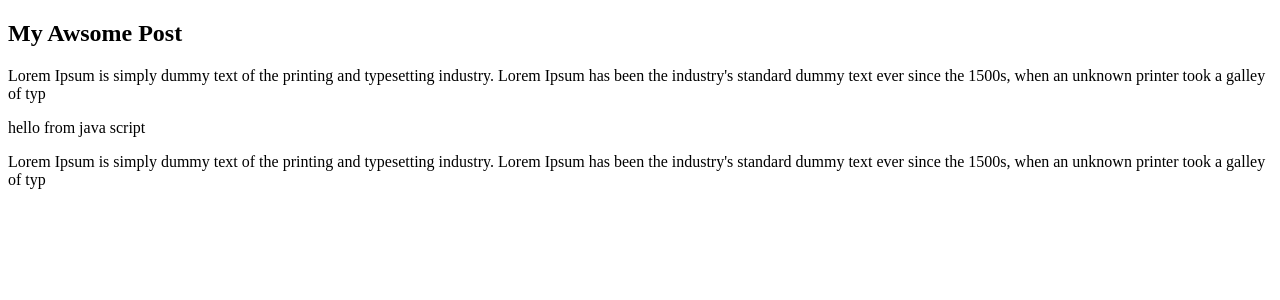
Repository: nema38/30DaysTrainning
Page: 30Days07/index.html
An editor plug-in stored every save of this project. The page is shown before and after the next save, followed by the edit.
The browser window is 1280 px wide. The pictures show the whole page.
Some web libraries are served in a nearby version.

Above is the page before, as saved 2014-04-16 15:53:40.

### 30Days07/index.html
<!DOCTYPE html>
<html>
	<head>
		<meta charset=utf-8>
		<title>Appending Content</title>

	</head>
	<body>

		<article>
			<h1>My Awsome Post</h1>
			<p>
				Lorem Ipsum is simply dummy text of the printing and typesetting industry. Lorem Ipsum has been the industry's standard dummy text ever since the 1500s, when an unknown printer took a galley of typ
			</p>
			<p>
				Lorem Ipsum is simply dummy text of the printing and typesetting industry. Lorem Ipsum has been the industry's standard dummy text ever since the 1500s, when an unknown printer took a galley of typ
			</p>
		</article>

		<script src="http://ajax.googleapis.com/ajax/libs/jquery/1.11.0/jquery.min.js"></script>

		<script>
			(function() {
				$('p').first().after("hello from java script");
			})();
		</script>

	</body>
</html>

After the next save:
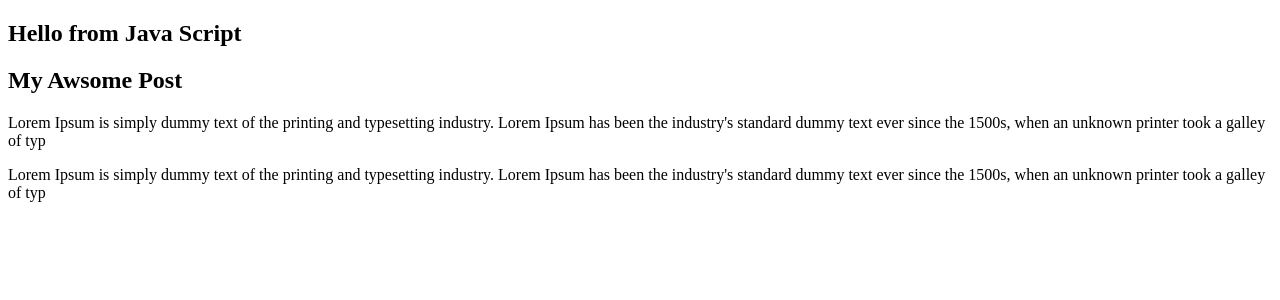
Saved 56 min 46 s later.
--- a/30Days07/index.html
+++ b/30Days07/index.html
@@ -21,7 +21,10 @@
 
 		<script>
 			(function() {
-				$('p').first().after("hello from java script");
+				$('<h2></h2>', {
+					text: 'Hello from Java Script',
+					class: 'myClass'
+				}).prependTo('article');
 			})();
 		</script>
 
